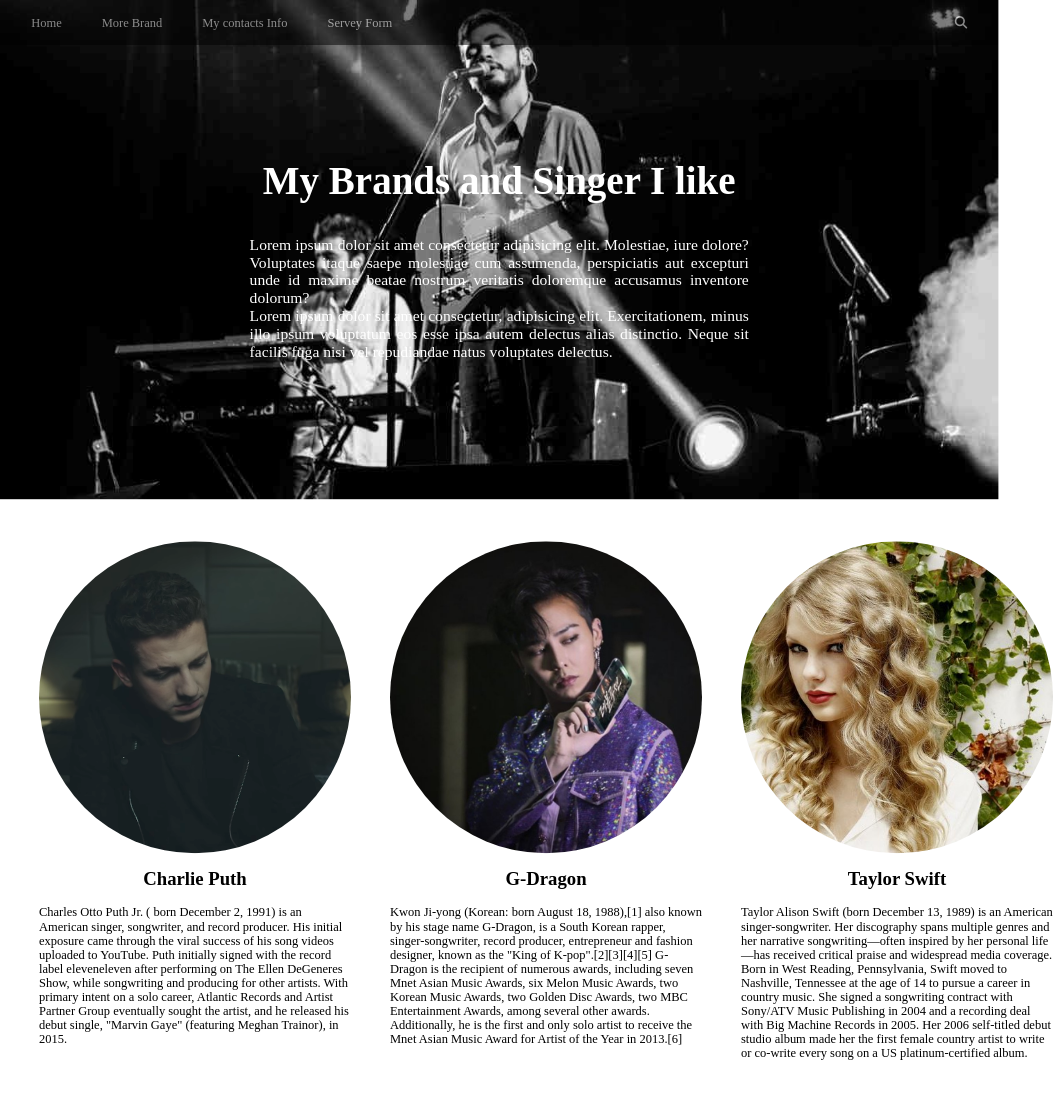
Repository: MinChea36/asm
Page: ASSM1.html
These files come from the project's save history. The page is drawn as it stood at one moment and after the next save; the edit follows.
The browser window is 1280 px wide. The page is 1350 px wide, so the pictures cover 1350 px, including what lies to the right of the window. The pictures show the whole page, at 78% of full size.

Above is the page before, as saved 2022-09-22 22:32:43.

### ASSM1.html
<!DOCTYPE html>
<html lang="en">
<head>
    <meta charset="UTF-8">
    <meta http-equiv="X-UA-Compatible" content="IE=edge">
    <meta name="viewport" content="width=device-width, initial-scale=1.0">
    <link rel="stylesheet" href="./style.css">
    <link rel="stylesheet" href="https://cdnjs.cloudflare.com/ajax/libs/font-awesome/6.2.0/css/all.min.css">
    <title>AssignMent 1</title>
</head>
<body>
    <div class="top-menu">
        <div class="menu">
            <a href="#1">Home</a> |
            <a href="#2">More Brand</a> |
            <a href="#3">My contacts Info</a> |
            <a href="#4">Servey Form</a> |
        </div>
        <div class="search">
            <i class="fa-solid fa-magnifying-glass"></i>
        </div>
    </div>
    <div class="brand-singer">
        <img src="./chicago.jpg" width="100%" alt="">
        <div class="brand-singer-in-img">
        <h2>My Brands and Singer I like</h2>
        <p>Lorem ipsum dolor sit amet consectetur adipisicing elit. Molestiae, iure dolore? Voluptates itaque saepe molestiae cum assumenda, perspiciatis aut excepturi unde id maxime beatae nostrum veritatis doloremque accusamus inventore dolorum?<br>
            Lorem ipsum dolor sit amet consectetur, adipisicing elit. Exercitationem, minus illo ipsum voluptatum eos esse ipsa autem delectus alias distinctio. Neque sit facilis fuga nisi vel repudiandae natus voluptates delectus.
        </p>
        </div>
    </div>
    <div class="singers-like">
        <div class="row">
            <div class="card-img">
               <img src="./643a87-Charlie-Puth-Claims-Hes-Done-Writing-Love-Ballads-And-Is-Bring-His-Dark-Thoughts-To-His-New-Album-feature.webp" alt="">
            </div>
            <div class="singers-text">
            <h2>Charlie Puth</h2>
            <p>Charles Otto Puth Jr. ( born December 2, 1991) is an American singer, songwriter, and record producer. His initial exposure came through the viral success of his song videos uploaded to YouTube. Puth initially signed with the record label eleveneleven after performing on The Ellen DeGeneres Show, while songwriting and producing for other artists. With primary intent on a solo career, Atlantic Records and Artist Partner Group eventually sought the artist, and he released his debut single, "Marvin Gaye" (featuring Meghan Trainor), in 2015.</p>
            </div>
        </div>
        <div class="row">
            <div class="card-img">
               <img src="/G-Dragon-elle-man-1.jpg" alt="">
            </div>
            <div class="singers-text">
            <h2>G-Dragon</h2>
            <p>Kwon Ji-yong (Korean: born August 18, 1988),[1] also known by his stage name G-Dragon, is a South Korean rapper, singer-songwriter, record producer, entrepreneur and fashion designer, known as the "King of K-pop".[2][3][4][5] G-Dragon is the recipient of numerous awards, including seven Mnet Asian Music Awards, six Melon Music Awards, two Korean Music Awards, two Golden Disc Awards, two MBC Entertainment Awards, among several other awards. Additionally, he is the first and only solo artist to receive the Mnet Asian Music Award for Artist of the Year in 2013.[6]</p>
            </div>
        </div>
        <div class="row">
            <div class="card-img">
               <img src="images814767taylorsw-c29a.jpg" alt="">
            </div>
            <div class="singers-text">
            <h2>Taylor Swift</h2>
            <p>Taylor Alison Swift (born December 13, 1989) is an American singer-songwriter. Her discography spans multiple genres and her narrative songwriting—often inspired by her personal life—has received critical praise and widespread media coverage. Born in West Reading, Pennsylvania, Swift moved to Nashville, Tennessee at the age of 14 to pursue a career in country music. She signed a songwriting contract with Sony/ATV Music Publishing in 2004 and a recording deal with Big Machine Records in 2005. Her 2006 self-titled debut studio album made her the first female country artist to write or co-write every song on a US platinum-certified album.</p>
        </div>
        </div>
    </div>


</body>
</html>

### style.css
body {
    padding: 0;
    margin: 0;
}
.top-menu {
    display: flex;
    justify-content: space-between;
    background-color: black;
    padding: 20px;
    position: fixed;
    top: 0;
    left: 0;
    z-index: 2;
    right: 0;
    opacity: 0.5;
}
.menu a{
    color: white;
    text-decoration: none;
    padding: 0 20px;
}
.menu a:hover {
    color: red;
}
.search i {
    color: white;
    padding-right: 20px;
}
.brand-singer {
    position: relative;
}
.brand-singer img {
}
.brand-singer-in-img {
    position: absolute;
    top: 50%;
    left: 50%;
    transform: translate(-50%, -50%);
    color: white;
    text-align: center;
}
.brand-singer h2 {
    font-size: 50px;
}
.brand-singer p {
    text-align: justify;
    font-size: 20px;
}
.singers-like {
    display: grid;
    grid-template-columns: repeat(3,1fr);
    grid-column-gap: 50px;
    padding: 50px 50px;
    background-color:;
}
.singers-text h2 {
    text-align: center;
}
.card-img {
    border-radius: 50%;
    width: 400px;
    height: 400px;
    overflow: hidden;
    margin: 0 auto;
}
.card-img img{
    width: 100%;
    height: 100%;
    object-fit: cover;
}

After the next save:
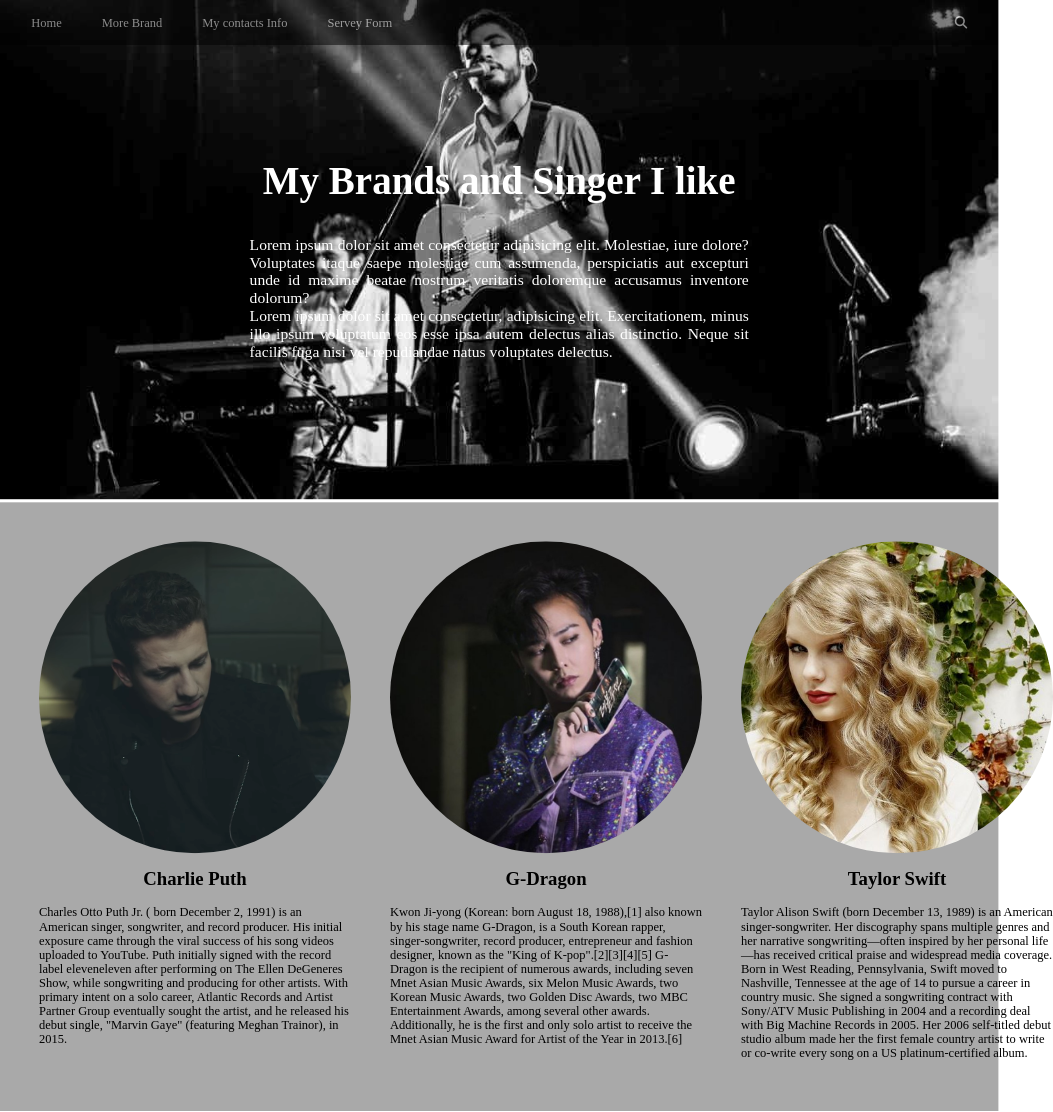
Saved 14 s later.
--- a/style.css
+++ b/style.css
@@ -51,7 +51,7 @@
     grid-template-columns: repeat(3,1fr);
     grid-column-gap: 50px;
     padding: 50px 50px;
-    background-color:;
+    background-color:darkgrey;
 }
 .singers-text h2 {
     text-align: center;
